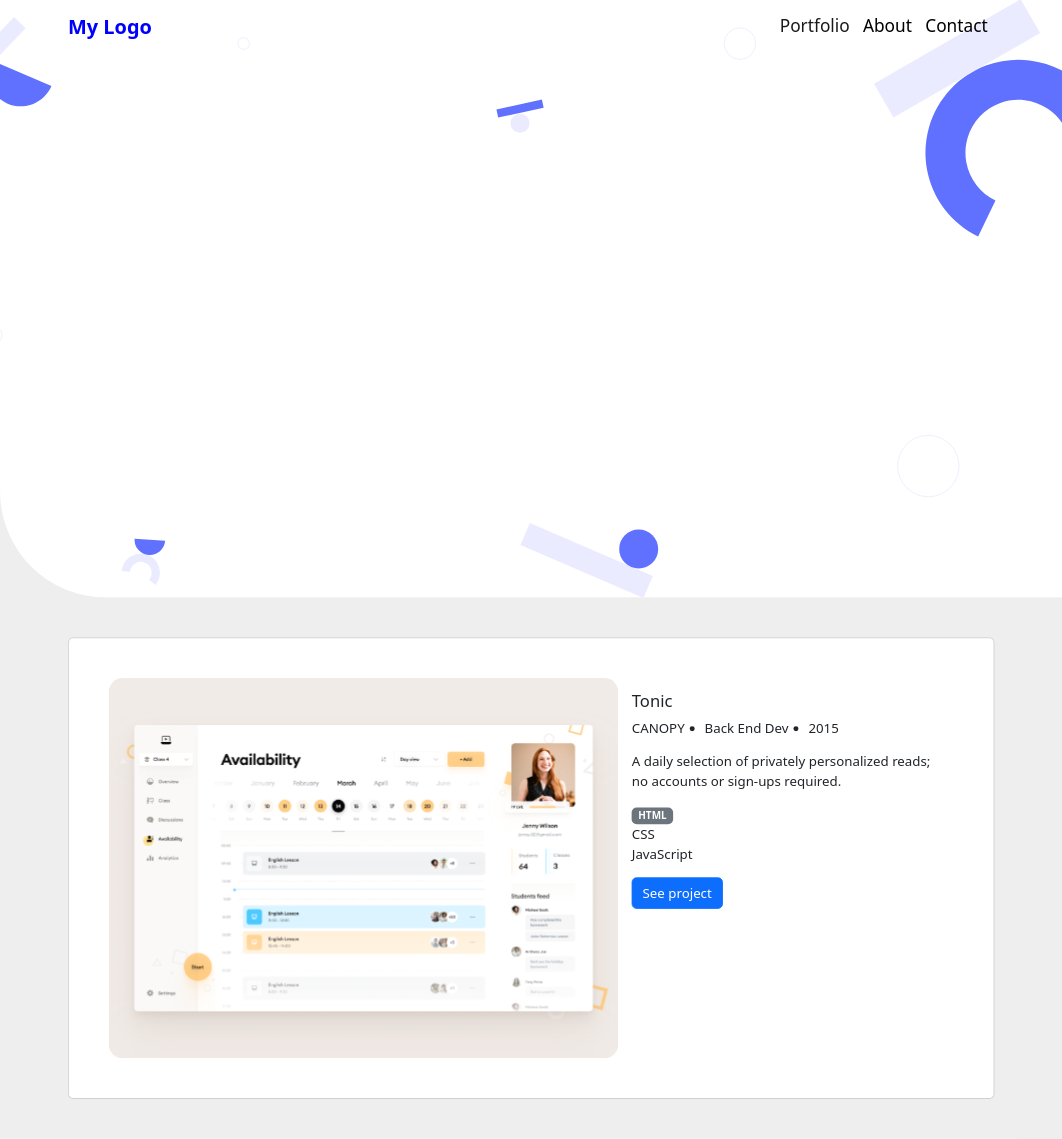
Repository: waelelsafty07/Bootstrap-Portfolio
Page: index.html
The author's editor kept a copy of each file at every save. The page is drawn from the files as they stood at one save, then again after a run of saves.
The browser window is 1280 px wide. The pictures show the whole page, at 83% of full size.

Above is the page before, as saved 2023-04-04 16:53:30.

### index.html
<!DOCTYPE html>
<html lang="en">
<head>
    <meta charset="UTF-8">
    <meta http-equiv="X-UA-Compatible" content="IE=edge">
    <meta name="viewport" content="width=device-width, initial-scale=1.0">
    <title>Portfolio</title>
    <link rel="stylesheet" href="css/bootstrap.min.css"/>
    <link rel="stylesheet" href="styles.css"/>
</head>
<body>
    <header>
        <nav class="navbar navbar-expand-lg navbar-light">
            <div class="container">
              <a class="navbar-brand" href="#">My Logo</a>
              <button class="navbar-toggler" type="button" data-bs-toggle="collapse" data-bs-target="#navbarNav" aria-controls="navbarNav" aria-expanded="false" aria-label="Toggle navigation">
                <span class="navbar-toggler-icon"></span>
              </button>
              <div class="collapse navbar-collapse flex-row-reverse" id="navbarNav">
                <ul class="navbar-nav">
                  <li class="nav-item">
                    <a class="nav-link active" aria-current="page" href="#">Portfolio</a>
                  </li>
                  <li class="nav-item">
                    <a class="nav-link" href="#">About</a>
                  </li>
                  <li class="nav-item">
                    <a class="nav-link" href="#">Contact</a>
                  </li>
                </ul>
              </div>
            </div>
          </nav>
    </header>
    <main>
      <section id="works" class="works m-5">
        <div class="container">
          <div class="card flex-row p-5">
            <img src="images/Snapshoot Portfolio (1).svg" class="card-img-top" alt="...">
            <div class="card-body">
              <h5 class="card-title">Tonic</h5>
              <ul class="d-flex p-0">
                <li class="list-unstyled">CANOPY</li>
                <li class="ms-4">Back End Dev</li>
                <li class="ms-4">2015</li>
              </ul>
              <p class="card-text">A daily selection of privately personalized reads; no accounts or sign-ups required.</p>
              <ul class="list-unstyled">
                <li class="badge bg-secondary">HTML</li>
                <li>CSS</li>
                <li>JavaScript</li>
              </ul>
              <a href="#" class="btn btn-primary">See project</a>
            </div>
          </div>
        </div>
      </section>
    </main>

    <script src="js/bootstrap.bundle.min.js"></script>
</body>
</html>

### styles.css
body {
  background-color: #eee;
}
header {
  background-color: #fff;
  background-image: url("images/Header\ bg.svg");
  background-repeat: no-repeat;
  background-position: center;
  height: 100vh;
  border-bottom-left-radius: 8rem;
}
nav .navbar-brand {
  font-weight: bold;
  font-size: 1.5rem;
  color: blue;
}
nav .nav-link {
  font-weight: 500;
  font-size: 1.3rem;
  color: #000;
}

Loaded but not shown: css/bootstrap.min.css (library); js/bootstrap.bundle.min.js (library)

After the next 2 saves:
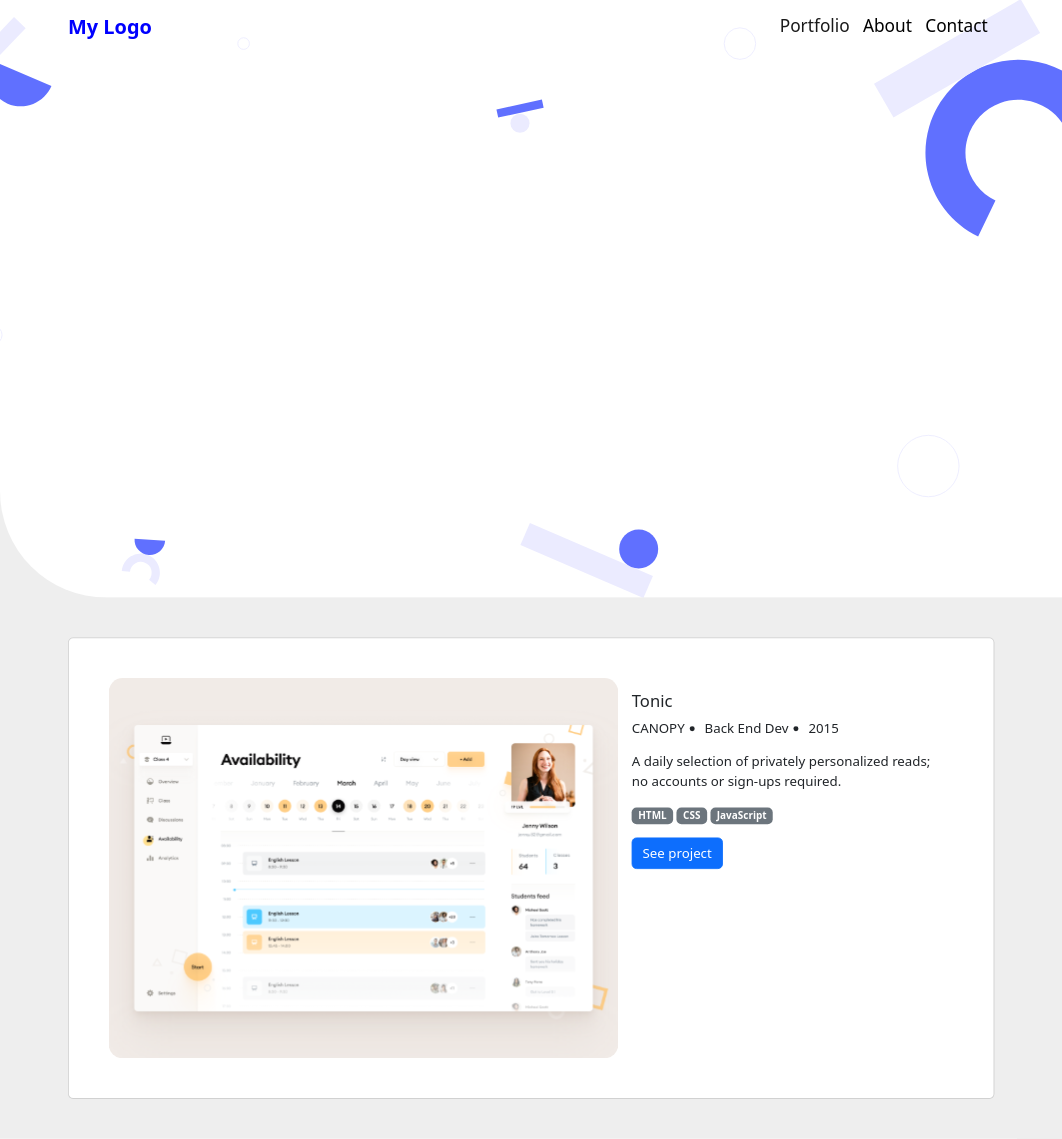
The 2 saves are shown as one change because they came seconds apart.
The last was saved 40 s later.
--- a/index.html
+++ b/index.html
@@ -47,8 +47,8 @@
               <p class="card-text">A daily selection of privately personalized reads; no accounts or sign-ups required.</p>
               <ul class="list-unstyled">
                 <li class="badge bg-secondary">HTML</li>
-                <li>CSS</li>
-                <li>JavaScript</li>
+                <li class="badge bg-secondary">CSS</li>
+                <li class="badge bg-secondary">JavaScript</li>
               </ul>
               <a href="#" class="btn btn-primary">See project</a>
             </div>
